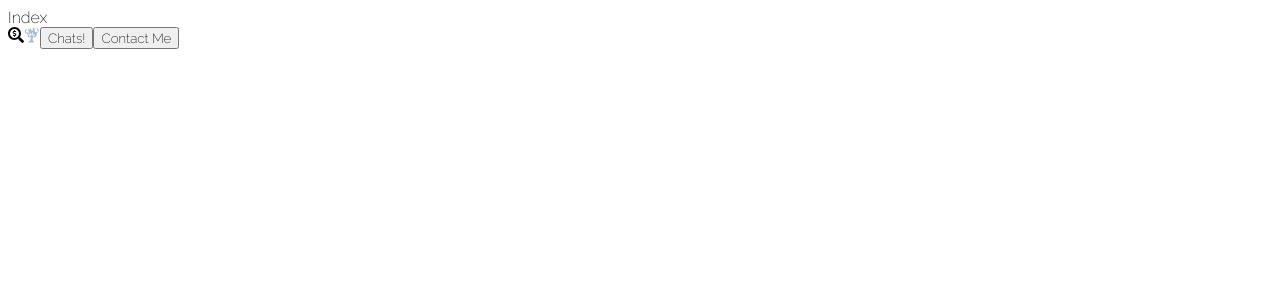
Repository: semileeBCIT/MDIA2109Tut4
Page: /
The author's editor kept a copy of each file at every save. The page is drawn from the files as they stood at one save, then again after the next save.
The browser window is 1280 px wide. The pictures show the whole page.
The project was rebuilt for these pictures with package versions that can differ from the ones it lists, and the page was loaded fresh each time. The framework's server and built-in components were replaced by stand-ins that run in the browser. Also part of the build but not shown: next.config.js.

Above is the page before, as saved 2020-04-15 14:58:05.

After the next save:
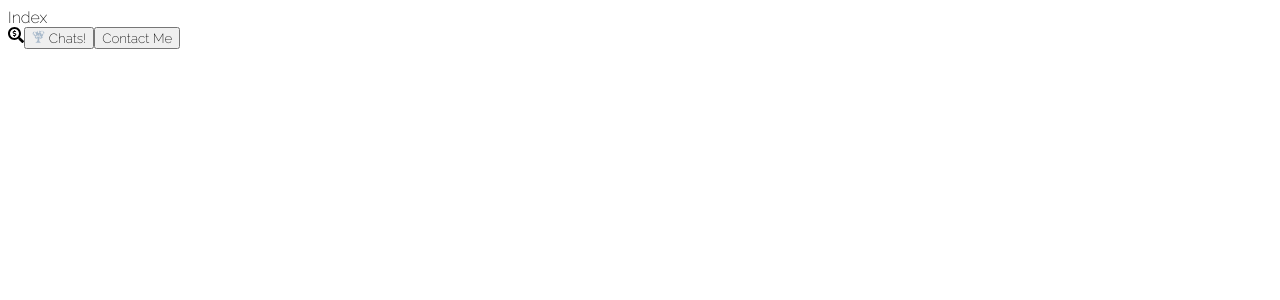
Saved 92 s later.
--- a/pages/index.js
+++ b/pages/index.js
@@ -14,8 +14,7 @@ function ClickIndex(){
 const Index = () => <div id="mainapp">
     <div onClick={ClickIndex}>Index</div>
     <FaSearchDollar />
-    <GiBurningTree color="#ABC" />
-    <Link href="/ChatPage"><button>Chats!</button></Link>
+    <Link href="/ChatPage"><button><GiBurningTree color="#ABC" /> Chats!</button></Link>
     <Link href="/Contact"><button>Contact Me</button></Link>
 </div>
 
